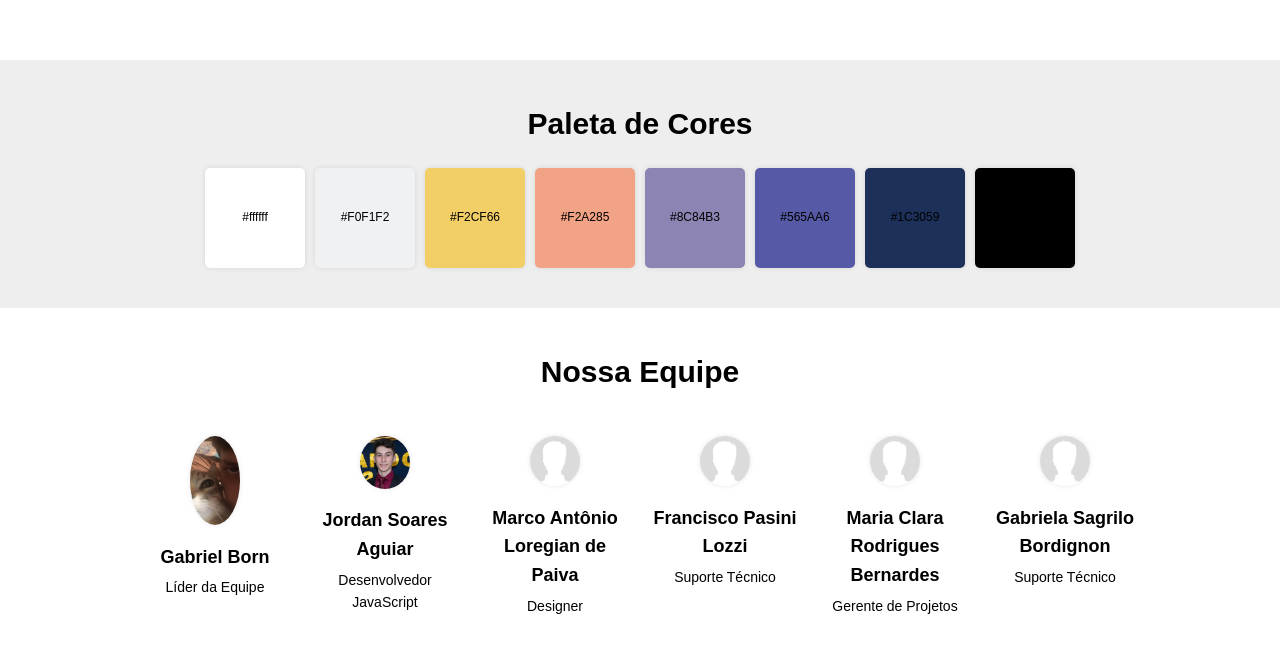
Repository: Gabrielb0rn/0EasyDesk.io
Page: about.html
An editor plug-in stored every save of this project. The page is shown before and after the next save, followed by the edit.
The browser window is 1280 px wide. The pictures show the part of the page from y = 936 to 1593 px (the page is 1593 px tall).

Above is the page before, as saved 2024-11-26 12:25:34.
Console error: TypeError: Cannot set properties of null (setting 'innerHTML')

### about.html
<!DOCTYPE html>
<html lang="pt-BR">
<head>
    <meta charset="UTF-8">
    <meta name="viewport" content="width=device-width, initial-scale=1.0">
    <title>EasyDesk</title>
    <link rel="stylesheet" href="assets\.css\components\about\about.css">
    <link rel="stylesheet" href="assets\.css\main.css">
    <link rel="shortcut icon" href="assets\.css\favicon\EasyDeskLogo.ico" type="image/x-icon">
</head>
<body>
    <header>
        <nav>
            <div class="left-section">
                <div class="logo">
                    <a href="index.html"><img src="assets\.css\favicon\EasyDeskLogo.ico" alt="Logo EasyDesk"></a>
                </div>
                <ul class="nav-links">
                    <li>
                        <img src="assets\.css\icons\nav\about-svgrepo-com.svg" alt="Sobre Nós">
                        <a href="about.html">Sobre Nós</a>
                    </li>
                    <li>
                        <img src="assets\.css\icons\nav\services-20px-svgrepo-com.svg" alt="Serviços">
                        <a href="services.html">Serviços</a>
                    </li>
                    <li>
                        <img src="assets\.css\icons\nav\prices-svgrepo-com.svg" alt="Preços / Planos">
                        <a href="prices.html">Preços / Planos</a>
                    </li>
                    <li>
                        <img src="assets\.css\icons\nav\shopping-bags-shopping-bag-svgrepo-com.svg" alt="Produtos">
                        <a href="product.html">Produtos</a>
                    </li>
                    <li>
                        <img src="assets\.css\icons\nav\contact-us-filled-svgrepo-com.svg" alt="Nos contate">
                        <a href="contactus.html">Nos contate</a>
                    </li>
                </ul>
            </div>
            <div class="auth-buttons">
                <div class="theme-toggle">
                    <img src="assets\.css\icons\nav\bright-sun-light-svgrepo-com.svg" alt="Mudar Tema" onclick="toggleTheme()">
                </div>

                <a href="login.html"><button class="sign-in">Login</button></a>
                <a href="register.html"><button>Register</button></a>
            </div>
        </nav>
    </header>
    <main>
        <section class="about-description">
            <h1>Sobre Nós</h1>
            <p>A EasyDesk é uma empresa especializada em soluções de gerenciamento de estoque que visa simplificar a organização e administração de inventários. Nosso objetivo é proporcionar uma plataforma fácil de usar e eficiente, que auxilie empresas de todos os tamanhos a manterem seus estoques sob controle, minimizando perdas e maximizando a eficiência operacional.</p>
        </section>

        <section class="about-location">
            <h2>Localização</h2>
            <div class="map-container">
                <iframe src="https://www.google.com/maps/embed?pb=!1m18!1m12!1m3!1d9510.208125819185!2d-48.49829735881138!3d-27.550291999660544!2m3!1f0!2f0!3f0!3m2!1i1024!2i768!4f13.1!3m3!1m2!1s0x9527475e01a8efef%3A0x5b0f13adab8483ec!2sSENAI%20Florian%C3%B3polis%20(CTAI)!5e1!3m2!1spt-BR!2sbr!4v1725464397725!5m2!1spt-BR!2sbr" width="600" height="450" style="border:0;" allowfullscreen="" loading="lazy" referrerpolicy="no-referrer-when-downgrade"x></iframe>
            </div>
        </section>

        <section class="about-colors">
            <h2>Paleta de Cores</h2>
            <div class="color-palette">
                <div class="color" style="background-color: #ffffff;">#ffffff</div>
                <div class="color" style="background-color: #F0F1F2;">#F0F1F2</div>
                <div class="color" style="background-color: #F2CF66;">#F2CF66</div>
                <div class="color" style="background-color: #F2A285;">#F2A285</div>
                <div class="color" style="background-color: #8C84B3;">#8C84B3</div>
                <div class="color" style="background-color: #565AA6;">#565AA6</div>
                <div class="color" style="background-color: #1C3059;">#1C3059</div>
                <div class="color" style="background-color: #000000;">#000000</div>
            </div>
        </section>

        <section class="about-team">
            <h2>Nossa Equipe</h2>
            <div class="team-members">
                <div class="member">
                    <img src="assets\.css\images\members\born.jpg" alt="Gabriel Born">
                    <h3>Gabriel Born</h3>
                    <p>Líder da Equipe</p>

                </div>
                <div class="member">
                    <img src="assets\.css\images\members\jordan.jpg" alt="Membro 1">
                    <h3>Jordan Soares Aguiar</h3>
                    <p>Desenvolvedor JavaScript</p>
                </div>
                <div class="member">
                    <img src="assets\.css\images\members\v53_158.png" alt="Membro 2">
                    <h3>Marco Antônio Loregian de Paiva</h3>
                    <p>Designer</p>
                </div>
                <div class="member">
                    <img src="assets\.css\images\members\v53_158.png" alt="Membro 3">
                    <h3>Francisco Pasini Lozzi</h3>
                    <p>Suporte Técnico</p>
                </div>
                <div class="member">
                    <img src="assets\.css\images\members\v53_158.png" alt="Membro 4">
                    <h3>Maria Clara Rodrigues Bernardes</h3>
                    <p>Gerente de Projetos</p>
                </div>
                <div class="member">
                    <img src="assets\.css\images\members\v53_158.png" alt="Membro 5">
                    <h3>Gabriela Sagrilo Bordignon</h3>
                    <p>Suporte Técnico</p>
                </div>
            </div>
        </section>
    </main>
    <script src="assets\,js\main.js"></script>
</body>
</html>

### assets/.css/components/about/about.css
/* Seção Sobre Nós */
.about-description {
    text-align: center;
    padding: 40px 20px;
    background-color: var(--header-bg);
}

.about-description h1 {
    font-size: 36px;
    margin-bottom: 20px;
}

.about-description p {
    font-size: 18px;
    margin: 0 auto;
    max-width: 800px;
}

/* Seção Localização */
.about-location {
    text-align: center;
    padding: 40px 20px;
}

.about-location h2 {
    font-size: 30px;
    margin-bottom: 20px;
}

.map-container {
    display: flex;
    justify-content: center;
    margin-bottom: 20px;
}

/* Seção Paleta de Cores */
.about-colors {
    text-align: center;
    padding: 40px 20px;
    background-color: var(--card-bg);
}

.about-colors h2 {
    font-size: 30px;
    margin-bottom: 20px;
}

.color-palette {
    display: flex;
    justify-content: center;
    gap: 10px;
    flex-wrap: wrap;
}

.color {
    width: 100px;
    height: 100px;
    display: flex;
    justify-content: center;
    align-items: center;
    font-size: 12px;
    color: var(--text-color);
    border-radius: 5px;
    box-shadow: 0 0 5px rgba(0, 0, 0, 0.1);
}

/* Seção Nossa Equipe */
.about-team {
    text-align: center;
    padding: 40px 20px;
}

.about-team h2 {
    font-size: 30px;
    margin-bottom: 40px;
}

.team-members {
    display: flex;
    justify-content: center;
    gap: 20px;
    flex-wrap: wrap;
}

.member {
    width: 150px;
    text-align: center;
}

.member img {
    width: 50px;
    height: auto;
    border-radius: 50%;
    box-shadow: 0 0 5px rgba(0, 0, 0, 0.1);
    margin-bottom: 10px;
}

.member h3 {
    font-size: 18px;
    margin-bottom: 5px;
}

.member p {
    font-size: 14px;
    color: var(--text-color);
}

/* Mapa*/
iframe{
    border-radius:  10px;
}

### assets/.css/main.css
/* Reset básico */
* {
    margin: 0;
    padding: 0;
    box-sizing: border-box;
}

/* Variáveis de tema */
:root {
    --bg-color: #ffffff;
    --text-color: #000000;
    --header-bg: #f0f0f0;
    --link-color: #000000;
    --link-hover-color: #6a11cb;
    --button-bg: #dddddd;
    --button-text-color: #000000;
    --hero-bg-gradient: linear-gradient(135deg, #ab64a2, #537ec5); /* Atualizado */
    --card-bg: #eeeeee;
    --card-hover-color: #cccccc;
}

body.dark-theme {
    --bg-color: #121212;
    --text-color: white;
    --header-bg: #1a1a1a;
    --link-color: white;
    --link-hover-color: #6a11cb;
    --button-bg: #333;
    --button-text-color: white;
    --hero-bg-gradient: linear-gradient(to bottom, #6a11cb, #2575fc); /* Inalterado no modo escuro */
    --card-bg: #444;
    --card-hover-color: #555;
    --theme-icon: 'resources/nav/moon-white-svgrepo-com (1).svg';
}

body {
    font-family: Arial, sans-serif;
    background-color: var(--bg-color);
    color: var(--text-color);
    line-height: 1.6;
}

/* Estilo do Header */
header nav {
    display: flex;
    justify-content: space-between;
    align-items: center;
    padding: 20px;
    background-color: var(--header-bg);
}

/* Seção esquerda contendo a logo e os links */
.left-section {
    display: flex;
    align-items: center;
}

/* Logo alinhada à esquerda */
.logo {
    display: flex;
    align-items: center;
    margin-right: 30px;
}

.logo img {
    width: 60px;
    height: auto;
}

/* Links de navegação à direita da logo */
.nav-links {
    list-style: none;
    display: flex;
    gap: 20px;
    margin-left: 0;
}

.nav-links a.active {
    font-weight: bold; /* Exemplo: destaque com negrito */
    color: var(--link-hover-color); /* Altere a cor */
    text-decoration: underline; /* Opcional */
}

.nav-links img.active {
    filter: brightness(1.5); /* Torna a imagem mais destacada */
}

/* Estilo dos itens de navegação */
.nav-links li {
    display: flex;
    flex-direction: column;
    align-items: center;
}

/* Estilo das imagens dos links */
.nav-links img {
    width: 24px;
    height: auto;
    margin-bottom: 5px;
    transition: filter 0.3s ease;
}

body.dark-theme .nav-links img {
    filter: brightness(0) invert(1); /* Torna a imagem branca no modo escuro */
}

/* Estilo dos links */
.nav-links a {
    color: var(--link-color);
    text-decoration: none;
    font-size: 16px;
    transition: color 0.3s ease;
}

.nav-links a:hover {
    color: var(--link-hover-color);
}

/* Botões de autenticação */
.auth-buttons {
    display: flex;
    gap: 10px;
    align-items: center; /* Centraliza verticalmente */
}

.auth-buttons button {
    background-color: var(--button-bg);
    color: var(--button-text-color);
    border: none;
    padding: 10px 20px;
    cursor: pointer;
    border-radius: 5px;
    transition: background-color 0.3s ease;
}

.auth-buttons .sign-in {
    background-color: transparent;
    border: 1px solid var(--button-text-color);
}

.auth-buttons button:hover {
    background-color: var(--link-hover-color);
}

/* Hero Section */
.hero {
    text-align: center;
    padding: 80px 20px;
    background: var(--hero-bg-gradient);
}

.hero h1 {
    font-size: 56px;
    margin-bottom: 20px;
}

.hero p {
    font-size: 24px;
    margin-bottom: 40px;
}

.hero-images {
    display: flex;
    justify-content: center;
    gap: 20px;
    margin-bottom: 30px;
}

.hero-images img {
    width: 200px;
    height: auto;
    border-radius: 10px;
}

.hero-links {
    display: flex;
    justify-content: center;
    gap: 20px;
    flex-wrap: wrap;
}

.hero-links a {
    color: var(--link-color);
    text-decoration: none;
    font-size: 18px;
    background-color: var(--button-bg);
    padding: 10px 20px;
    border-radius: 5px;
    transition: background-color 0.3s ease;
}

.hero-links a:hover {
    background-color: var(--link-hover-color);
}

/* Overview Section */
.overview {
    display: flex;
    justify-content: space-around;
    padding: 40px 20px;
    background-color: var(--header-bg);
}

.card {
    background-color: var(--card-bg);
    padding: 20px;
    border-radius: 10px;
    width: 250px;
    text-align: center;
    transition: transform 0.3s ease;
}

.card:hover {
    transform: translateY(-10px);
    background-color: var(--card-hover-color);
}

.card h2 {
    font-size: 24px;
    margin-bottom: 15px;
}

.card p {
    margin-bottom: 10px;
    color: var(--text-color);
}

/* Estilo Responsivo */
@media (max-width: 768px) {
    .hero h1 {
        font-size: 40px;
    }

    .hero p {
        font-size: 20px;
    }

    .hero-images img {
        width: 150px;
    }

    .overview {
        flex-direction: column;
        align-items: center;
    }

    .card {
        width: 80%;
        margin-bottom: 20px;
    }
}

/* Estilo do botão de mudança de tema */
.theme-toggle img {
    margin-right: 15px;
    margin-top: 8px;
    width: 24px;
    height: auto;
    cursor: pointer;
    transition: filter 0.3s ease, transform 0.3s ease;
}

.theme-toggle img:hover {
    transform: scale(1.1);
}

body.dark-theme .theme-toggle img {
    filter: brightness(0) invert(1); /* Torna a imagem branca no modo escuro */
}

/* Responsividade para telas menores */
@media (max-width: 768px) {
    .contact-form-section {
        padding: 20px;
    }

    .contact-form button {
        padding: 12px;
    }
}

/* Seção específica para a página do plano básico */
.hero h1 {
    font-size: 48px;
    margin-bottom: 20px;
}

.hero p {
    font-size: 22px;
    margin-bottom: 40px;
}

/* Particulas bonitinhas */

.particle {
    position: absolute;
    width: 12px;
    height: 12px;
    background-color: #40ffff;
    border-radius: 50%;
    pointer-events: none;
    animation: particle-move 1s forwards;
}

@keyframes particle-move {
    to {
        transform: translate(var(--x), var(--y));
        opacity: 0;
    }
}

### assets/,js/main.js
function toggleTheme() {
    // Alterna a classe 'dark-theme' no body
    document.body.classList.toggle('dark-theme');

    // Verifica se o tema dark está ativado e armazena isso no localStorage
    if (document.body.classList.contains('dark-theme')) {
        localStorage.setItem('theme', 'dark');
    } else {
        localStorage.setItem('theme', 'light');
    }
}

// Função para aplicar o tema salvo no localStorage ao carregar a página
function applyTheme() {
    // Verifica o valor armazenado no localStorage
    const savedTheme = localStorage.getItem('theme');

    // Se o tema salvo for 'dark', aplica a classe 'dark-theme' no body
    if (savedTheme === 'dark') {
        document.body.classList.add('dark-theme');
    } else {
        document.body.classList.remove('dark-theme');
    }
}

// Chama a função para aplicar o tema ao carregar a página
document.addEventListener('DOMContentLoaded', function() {
    applyTheme(); // Aplica o tema salvo ao carregar a página

});

document.addEventListener('DOMContentLoaded', function() {
    // Função para registrar novo usuário
    function registerUser(name, email, password) {
        let users = JSON.parse(localStorage.getItem('users')) || [];
        let user = { name, email, password };
        users.push(user);
        localStorage.setItem('users', JSON.stringify(users));
    }

    // Função para autenticar usuário
    function loginUser(email, password) {
        let users = JSON.parse(localStorage.getItem('users')) || [];
        let user = users.find(user => user.email === email && user.password === password);
        return user ? true : false;
    }

    // Função para verificar se usuário está logado
    function checkLogin() {
        let isLoggedIn = localStorage.getItem('isLoggedIn');
        if (!isLoggedIn && window.location.pathname !== '/index.html' && window.location.pathname !== '/register.html') {
            window.location.href = 'index.html';
        }
    }

    // Adicionar usuário admin
    function addAdminUser() {
        let users = JSON.parse(localStorage.getItem('users')) || [];
        let adminExists = users.some(user => user.email === 'admin@admin.com');
        if (!adminExists) {
            users.push({ name: 'admin', email: 'admin@admin.com', password: 'admin' });
            localStorage.setItem('users', JSON.stringify(users));
        }
    }

    // Adicionar usuário admin no carregamento da página
    addAdminUser();

    // Eventos da página de cadastro
    if (window.location.pathname.endsWith('register.html')) {
        document.getElementById('registerForm').addEventListener('submit', function(event) {
            event.preventDefault();
            let name = document.getElementById('name').value;
            let email = document.getElementById('email').value;
            let password = document.getElementById('password').value;
            registerUser(name, email, password);
            alert('Usuário registrado com sucesso!');
            window.location.href = 'index.html';
        });
    }

    // Eventos da página de login
    if (window.location.pathname.endsWith('index.html')) {
        document.getElementById('loginForm').addEventListener('submit', function(event) {
            event.preventDefault();
            let email = document.getElementById('email').value;
            let password = document.getElementById('password').value;
            if (loginUser(email, password)) {
                localStorage.setItem('isLoggedIn', true);
                window.location.href = 'dashboard.html';
            } else {
                alert('E-mail ou senha incorretos.');
            }
        });
    }

    // Eventos da página de gerenciamento de produtos
    if (window.location.pathname.endsWith('dashboard.html')) {
        checkLogin();
        document.getElementById('productForm').addEventListener('submit', function(event) {
            event.preventDefault();
            let name = document.getElementById('productName').value;
            let description = document.getElementById('productDescription').value;
            let price = document.getElementById('productPrice').value;
            let quantity = document.getElementById('productQuantity').value;
            saveProduct(name, description, price, quantity);
            alert('Produto salvo com sucesso!');
            displayProducts();
        });

        function displayProducts() {
            let productList = document.getElementById('productList');
            productList.innerHTML = '';
            let products = listProducts();
            products.forEach(product => {
                let productElement = document.createElement('div');
                productElement.className = 'product';
                productElement.innerHTML = `
                    <h3>${product.name}</h3>
                    <p>${product.description}</p>
                    <p>Preço: ${product.price}</p>
                    <p>Quantidade: ${product.quantity}</p>
                    <button onclick="editProduct(${product.id}, '${product.name}', '${product.description}', ${product.price}, ${product.quantity})">Editar</button>
                    <button onclick="deleteProduct(${product.id})">Excluir</button>
                `;
                productList.appendChild(productElement);
            });
        }

        displayProducts();
    }

});

// Ajusta a navbar dinamicamente com base no status de login
const authSection = document.getElementById('auth-section');
const isLoggedIn = sessionStorage.getItem('isLoggedIn');
const userRole = sessionStorage.getItem('userRole');

if (isLoggedIn === 'true') {
    if (userRole === 'admin') {
        console.log('Exibindo ícone de admin...');
        authSection.innerHTML = `
        <div class="theme-toggle">
        <img src="assets/.css/icons/nav/bright-sun-light-svgrepo-com.svg" alt="Mudar Tema" onclick="toggleTheme()">
        </div>
            <div class="nav-links">
                <img src="assets/.css/icons/admin/crown-svgrepo-com.svg" alt="Admin" width="24px" height="auto">
            </div>
            <button class="logout" onclick="logout()">Logout</button>
            `;
    } else {
        authSection.innerHTML = `
            <button class="logout" onclick="logout()">Logout</button>
        `;
    }
} else {
    authSection.innerHTML = `
        <div class="theme-toggle">
        <img src="assets/.css/icons/nav/bright-sun-light-svgrepo-com.svg" alt="Mudar Tema" onclick="toggleTheme()">
        </div>
        <a href="login.html"><button class="sign-in">Login</button></a>
        <a href="register.html"><button>Register</button></a>
    `;
}

function logout() {
    sessionStorage.clear();
    alert('Você saiu.');
    window.location.href = 'product.html';
    authSection.innerHTML = `
        <a href="login.html"><button class="sign-in">Login</button></a>
        <a href="register.html"><button>Register</button></a>
    `;
}

//função para fazer as particulas bonitinhas

const container = document.querySelector('.hero');

container.addEventListener('mousemove', (e) => {
    createParticle(e.clientX, e.clientY);
});

function createParticle(x, y) {
    const particle = document.createElement('div');
    particle.classList.add('particle');

    particle.style.left = `${x - 5}px`;
    particle.style.top = `${y - 5}px`;

    const angle = Math.random() * 2 * Math.PI;
    const distance = Math.random() * 50 + 30;
    const xOffset = Math.cos(angle) * distance;
    const yOffset = Math.sin(angle) * distance;

    particle.style.setProperty('--x', `${xOffset}px`);
    particle.style.setProperty('--y', `${yOffset}px`);

    container.appendChild(particle);

    setTimeout(() => {
        particle.remove();
    }, 1000);
}

// NAV Ativo
// Obter a URL atual
const currentPath = window.location.pathname;

// Selecionar todos os links no menu
const navLinks = document.querySelectorAll(".nav-links a");

// Iterar pelos links para encontrar o que corresponde à URL atual
navLinks.forEach(link => {
    if (link.getAttribute("href") === currentPath) {
        link.classList.add("active");
        // Adiciona também à imagem associada
        const img = link.previousElementSibling;
        if (img && img.tagName === "IMG") {
            img.classList.add("active");
        }
    }
});

After the next save:
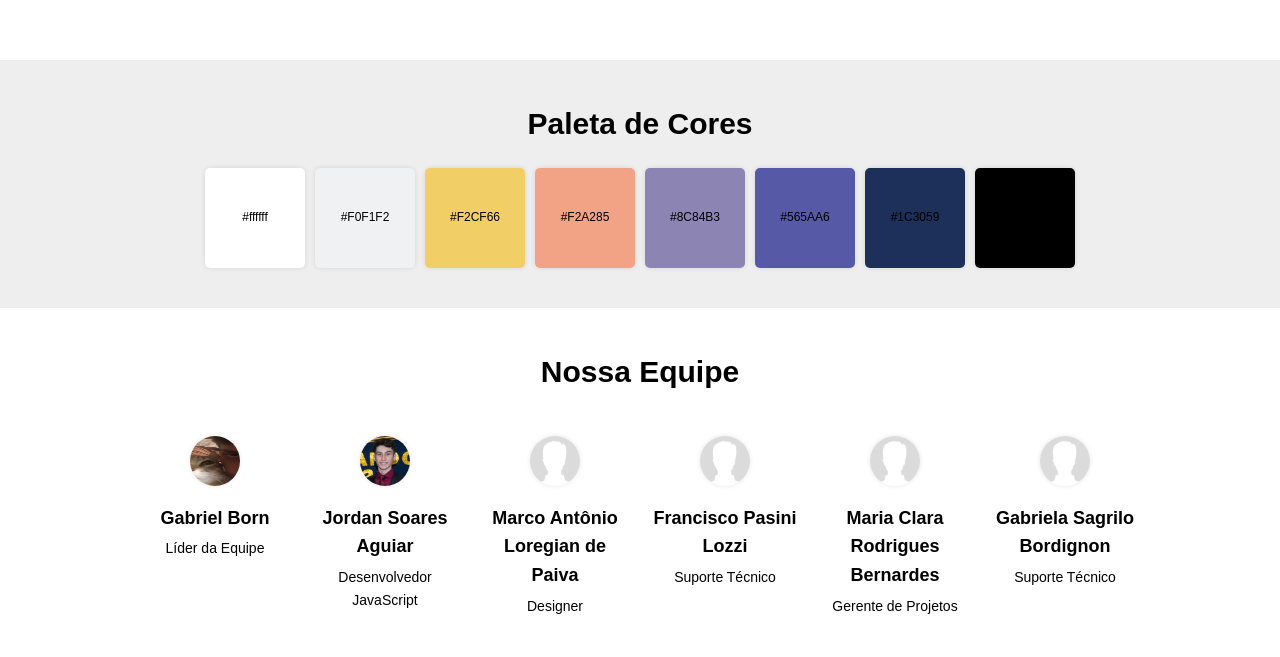
Saved 9 s later.
--- a/assets/.css/components/about/about.css
+++ b/assets/.css/components/about/about.css
@@ -89,7 +89,7 @@
 
 .member img {
     width: 50px;
-    height: auto;
+    height: 50px;
     border-radius: 50%;
     box-shadow: 0 0 5px rgba(0, 0, 0, 0.1);
     margin-bottom: 10px;
